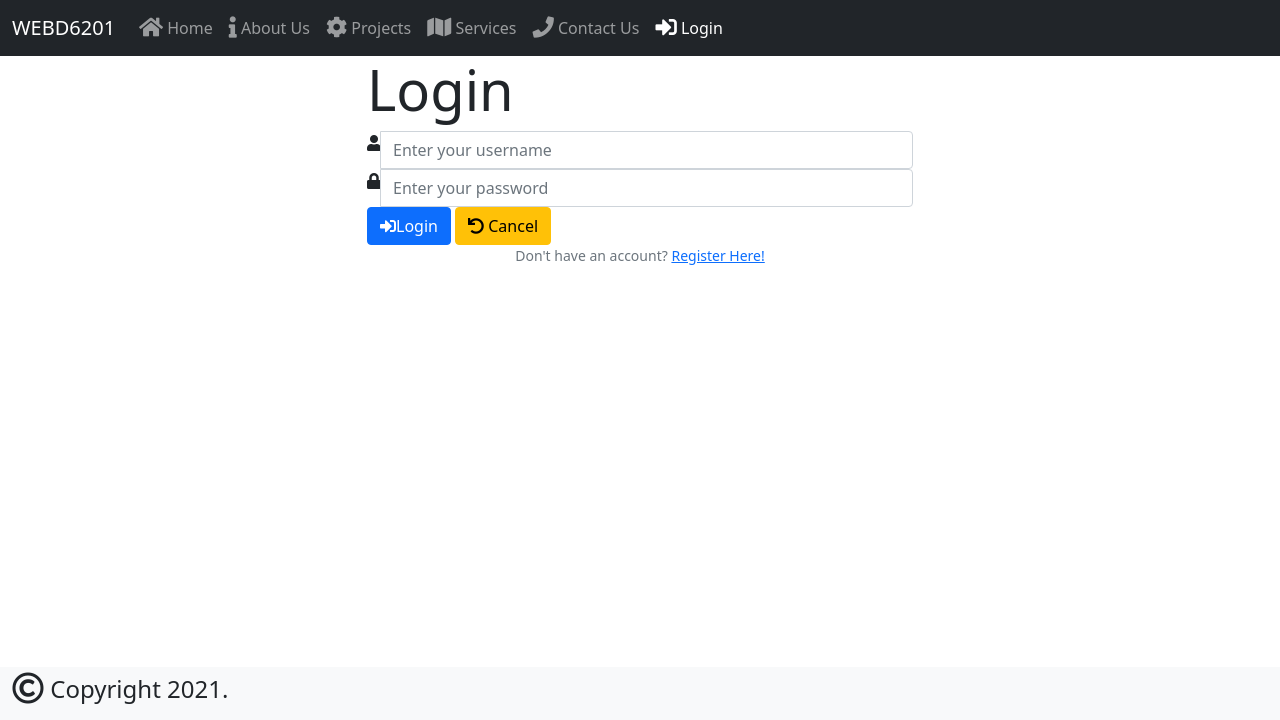
Repository: aphim/webd6201ICE6
Page: login.html
The author's editor kept a copy of each file at every save. The page is drawn from the files as they stood at one save, then again after the next save.
The browser window is 1280 px wide. The pictures show the whole page.

Above is the page before, as saved 2021-02-18 08:18:04.

After the next save:
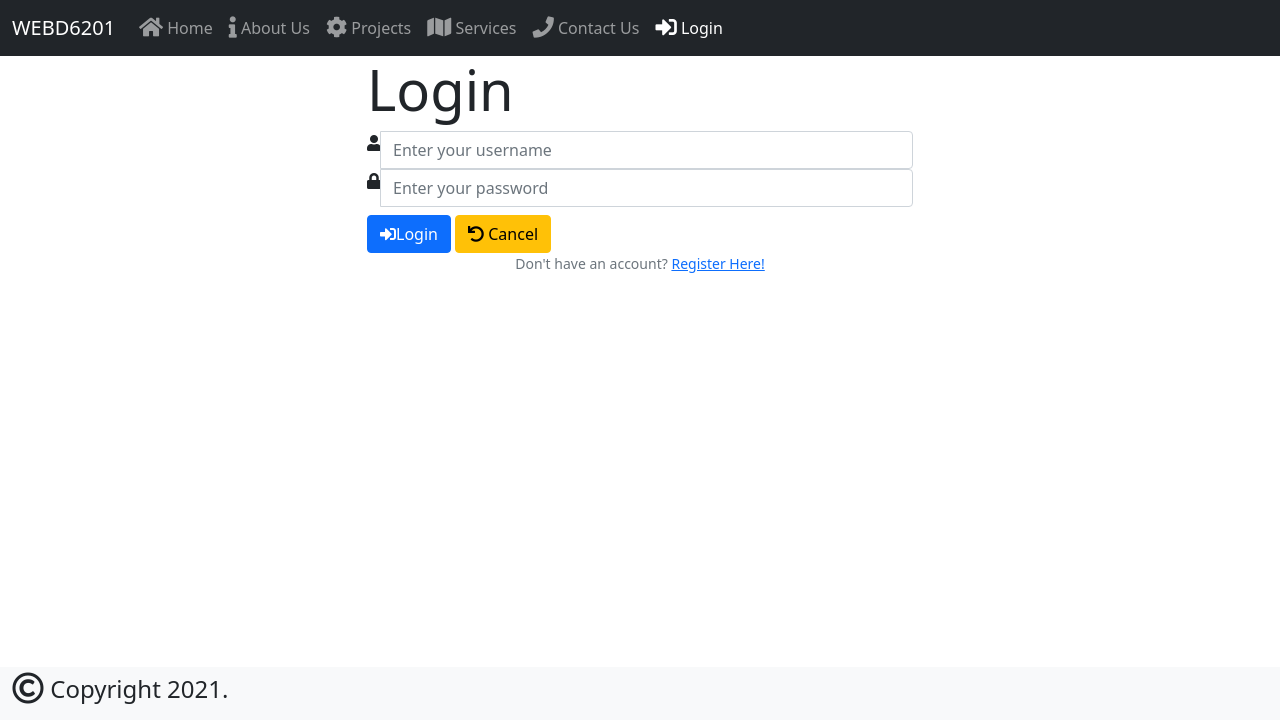
Saved 62 s later.
--- a/login.html
+++ b/login.html
@@ -69,7 +69,7 @@
 
                       </div>
 
-                      <div class="form-group">
+                      <div class="form-group mb-2">
                         <div class="input-group">
                           <span class="input-group-addon">
                             <i class="fa fa-lock">
